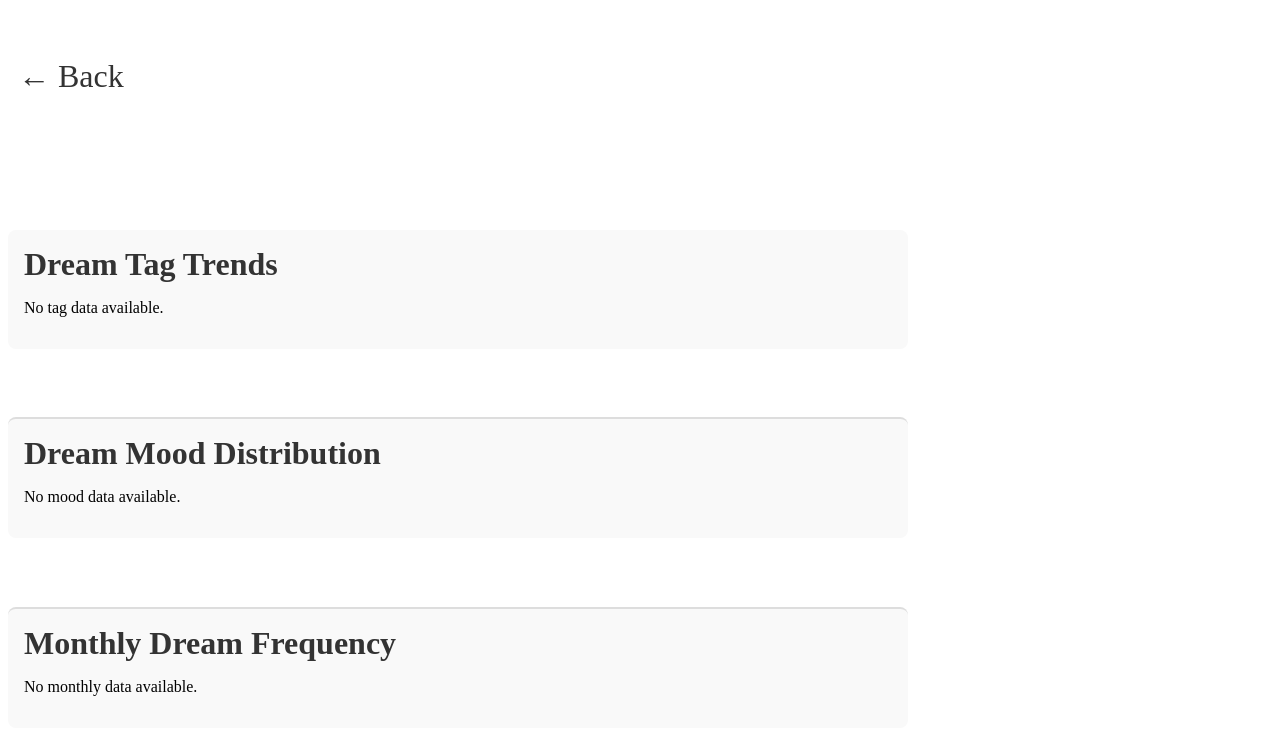
Repository: software-students-spring2025/2-web-app-blabla
Page: templates/analysis.html
An editor plug-in stored every save of this project. The page is shown before and after the next save, followed by the edit.
The browser window is 1280 px wide. The pictures show the whole page.
Some web fonts or font styles are not loaded; a fallback is used. The template is drawn by Flask 3. The application's start-up code is not run. Other server files are loaded and not shown. The template is opened directly, without the code that normally fills it, so the values that code supplies are empty.

Above is the page before, as saved 2025-03-02 15:27:38.

### templates/analysis.html
<!DOCTYPE html>
<html>
  <head>
    <title>Analysis Page</title>
    <link rel="stylesheet" href="/static/css/style.css">
    <link
      href="https://fonts.googleapis.com/css2?family=Indie+Flower&display=swap"
      rel="stylesheet"
    />
    <style>
      /* Center the container and give it a max width */
      .analysis-container {
        max-width: 900px;
        padding: 0;
      }

      /* Style the back link */
      .back-link {
        display: inline-block;
        margin-bottom: 1rem;
        text-decoration: none;
        font-size: 2rem;
        color: #333;
      }
      .back-link:hover {
        text-decoration: underline;
      }
      .trend-container {
        background: #f9f9f9;
        border-radius: 8px;
        padding: 1rem;
      }

      .trend-container + .trend-container {
        margin-top: 0;
        border-top: 2px solid #ddd;
      }

      .trend-container h2 {
        margin: 0 0 1rem;
        font-size: 2rem;
        color: #333;
      }

      .trend-container ul {
        list-style-type: none;
        padding-left: 0;
      }
      .trend-container li {
        margin-bottom: 0.5rem;
        font-size: 1.5rem;
      }
    </style>
  </head>
  <body>
    <div class="analysis-container">
      <!-- Back link -->
      <a class="back-link" href="/home">← Back</a>

      <!-- 1) Tag Trends -->
      <div class="trend-container">
        <h2>Dream Tag Trends</h2>
        {% if tag_trends %}
          <ul>
            {% for trend in tag_trends %}
              <li><strong>{{ trend._id }}:</strong> {{ trend.count }} dreams</li>
            {% endfor %}
          </ul>
        {% else %}
          <p>No tag data available.</p>
        {% endif %}
      </div>

      <!-- 2) Mood Distribution -->
      <div class="trend-container">
        <h2>Dream Mood Distribution</h2>
        {% if mood_trends %}
          <ul>
            {% for trend in mood_trends %}
              <li><strong>{{ trend._id }}:</strong> {{ trend.count }} dreams</li>
            {% endfor %}
          </ul>
        {% else %}
          <p>No mood data available.</p>
        {% endif %}
      </div>

      <!-- 3) Monthly Dream Frequency -->
      <div class="trend-container">
        <h2>Monthly Dream Frequency</h2>
        {% if month_trends %}
          <ul>
            {% for trend in month_trends %}
              <li>
                <strong>{{ trend._id.year }}-{{ trend._id.month }}:</strong>
                {{ trend.count }} dreams
              </li>
            {% endfor %}
          </ul>
        {% else %}
          <p>No monthly data available.</p>
        {% endif %}
      </div>
    </div>
  </body>
</html>

### static/css/style.css
@import url("https://fonts.googleapis.com/css2?family=Indie+Flower&display=swap");

body {
    font-family: 'Indie Flower', cursive;
    overflow-y:hidden
}

nav{
    display: flex;
    align-items: center;
    height: 100px;
    padding: 12px;
}

.home-container{
    padding:12px;
}

.search-icon{
    width: 60px;
    height: 60px;
}

.bubble-container {
    position: absolute;
    left: 50%;
    transform: translateX(-50%);
    display: flex;
    justify-content: center;
    align-items: stretch;
    width: 100vw;
    z-index: 2;
}

.bubble-img{
    height:860px;
    width: 1000px;
}

.bear-container{
    display:flex;
    flex-direction: column;
    justify-content: flex-end;
    height:90vh;
}

.dream-button{
    position:absolute;
    width:260px;
    height:198px;
    z-index: 2;
    font-size: 24pt;
    font-family: 'Indie Flower', cursive;
    top:80%;
    left: 50%;
    transform: translateX(-50%);
    fill:none;
    background-color: white;
    border: 12pt solid black;
    border-radius: 5pt;
}

.edit-container {
    display: flex;
    flex-direction: column;
    justify-content: space-between;
    width: 100vw;
    height: 100vh;
}

#tag-container{
    display:flex;
    justify-content: center;
    align-items: center;
    width:100vw;
    gap:50px;
    padding:12px;
    margin-top:80px;
}

.tag{
    width:156px;
    height:67px;
    font-size:24pt;
    background-color: transparent;
    border: 2pt solid black;
    border-radius: 5pt;

}

.back-link{
    font-size: 24pt;
    text-decoration: none;
    padding:50px 10px;
    color:black;
    display: block;
    text-align: left;
}

.input-container{
    display:flex;
    justify-content:center;
    margin-top: 40px;
}

#dream-description {
    width: 80%;
    max-width: 624px;
    height: 400px;
    padding: 10px;
    font-size: 18px;
    box-sizing: border-box;
    border: 2px solid black;
}

.button-container{
    display:flex;
    justify-content:center;
    gap:15px;
    margin-top:40px;
}

.edit-button{
    width: 156px;
    height:67px;
    font-size:24pt;
    background-color: transparent;
    border: 2px solid black;
    border-radius: 5px
}

.bear{
    display:flex;
    flex-direction: column;
    justify-content: flex-end;
    height:auto;
}

.analysis-container {
    display: flex;
    flex-direction: column;
    justify-content: space-between;
    width: 100vw;
    height: 100vh;
}

#dream-search{
    width:624px;
    height: 42px;
    font-size:24pt;
}

.login-container {
    display: flex;
    flex-direction: column;
    justify-content: center;
    align-items: center;
    width: 100vw;
    height: 100vh;
}

.input-container {
    display: flex;
    flex-direction: column;
    align-items: flex-start;
    margin-bottom: 15px;
}

.input-container label {
    font-size: 18px;
    margin-bottom: 5px;
}

.input-container input {
    width: 260px;
    height: 30px;
    font-size: 16px;
    border: 1px solid black;
    padding: 5px;
}

.button-container {
    margin-top: 20px;
}

.login-button {
    width: 260px;
    height: 40px;
    font-size: 18px;
    background-color: #D9D9D9;
    border: 2px solid black;
    border-radius: 5px;
    cursor: pointer;
}

.signup-text {
    font-size: 14px;
    margin-top: 15px;
}

.signup-link {
    font-size: 18px;
    font-weight: bold;
    text-decoration: none;
    color: black;
}

.login-image {
    width: 125px;
    height: 125px;
}

.signup-container {
    display: flex;
    flex-direction: column;
    justify-content: center;
    align-items: center;
    width: 100vw;
    height: 100vh;
}

.signup-button {
    width: 260px;
    height: 40px;
    font-size: 18px;
    background-color: #D9D9D9;
    border: 2px solid black;
    border-radius: 5px;
    cursor: pointer;
}

.signup-image {
    width: 125px;
    height: 125px;
}

.adddream-container {
    display: flex;
    flex-direction: column;
    justify-content: flex-start;
    align-items: center;
    width: 100vw;
    height: 100vh;
    padding: 20px;
}

.bear-header {
    margin-top: 60px;
    margin-bottom: 20px;
}
.bear-image {
    width: 150px;
    height: auto;
}

.date-container {
    margin-bottom: 20px;
    text-align: left;
    width: 80%;
    max-width: 624px;
}
.date-label {
    display: block;
    font-size: 16px;
    margin-bottom: 8px;
}
.date-inputs {
    display: flex;
    gap: 10px;
}
.date-inputs input {
    width: 90px;
    border: 1px solid black;
    padding: 5px;
    font-size: 16px;
    text-align: center;
}

.tags-container {
    margin-bottom: 20px;
    width: 80%;
    max-width: 624px;
}
.tags-container p {
    font-size: 16px;
    margin-bottom: 10px;
}
.tag {
    background-color: transparent;
    border: 2px solid black;
    border-radius: 5px;
    font-size: 18px;
    margin: 5px;
    padding: 5px 10px;
    cursor: pointer;
}

.description-container {
    width: 80%;
    max-width: 624px;
    margin-bottom: 20px;
}
.description-container label {
    display: block;
    font-size: 16px;
    margin-bottom: 8px;
}
#dream-description {
    width: 100%;
    height: 150px;
    border: 2px solid black;
    font-size: 16px;
    padding: 10px;
    box-sizing: border-box;
}

.save-dream-button {
    width: 220px;
    height: 40px;
    font-size: 18px;
    background-color: #D9D9D9;
    border: 2px solid black;
    border-radius: 5px;
    cursor: pointer;
}

.flash-message {
    font-weight: bold;
    margin: 10px 0;
  }

  .flash-message.error {
    color: red;
  }

  .flash-message.success {
    color: green;
  }
  /* Star Cloud Container */
  #star-container {
    position: absolute;
    top: 0;
    left: 0;
    width: 100%;
    height: 500px; /* 根据需要调整高度 */
    background: transparent;
    z-index: 3; /* 确保高于背景但低于其他关键元素 */
  }


  /* Star Button Style */
  .star {
    width: 50px;
    height: 50px;
    background: url("/static/images/star.svg") no-repeat center;
    background-size: contain;
    position: absolute;
    cursor: pointer;
  }

  /* Tooltip on hover for star button */
  .star:hover::after {
    content: attr(title);
    position: absolute;
    bottom: -25px;
    left: 0;
    background: rgba(255, 255, 255, 0.8);
    color: #000;
    padding: 3px 5px;
    border-radius: 3px;
    white-space: nowrap;
    z-index: 999;
  }

#search-box{
    width:300px;
    height:50px;
    font-size: 16pt;
    padding-left: 20px;
    display: none;
}

.analysis-button {
    font-family: 'Indie Flower', cursive;
    padding: 10px 20px;
    font-size: 24px;
    border: none;
    border-radius: 5px;
    cursor: pointer;
  }

.center-button-container {
    position: absolute;
    left: 50%;
    transform: translate(-50%, -50%);
}

After the next save:
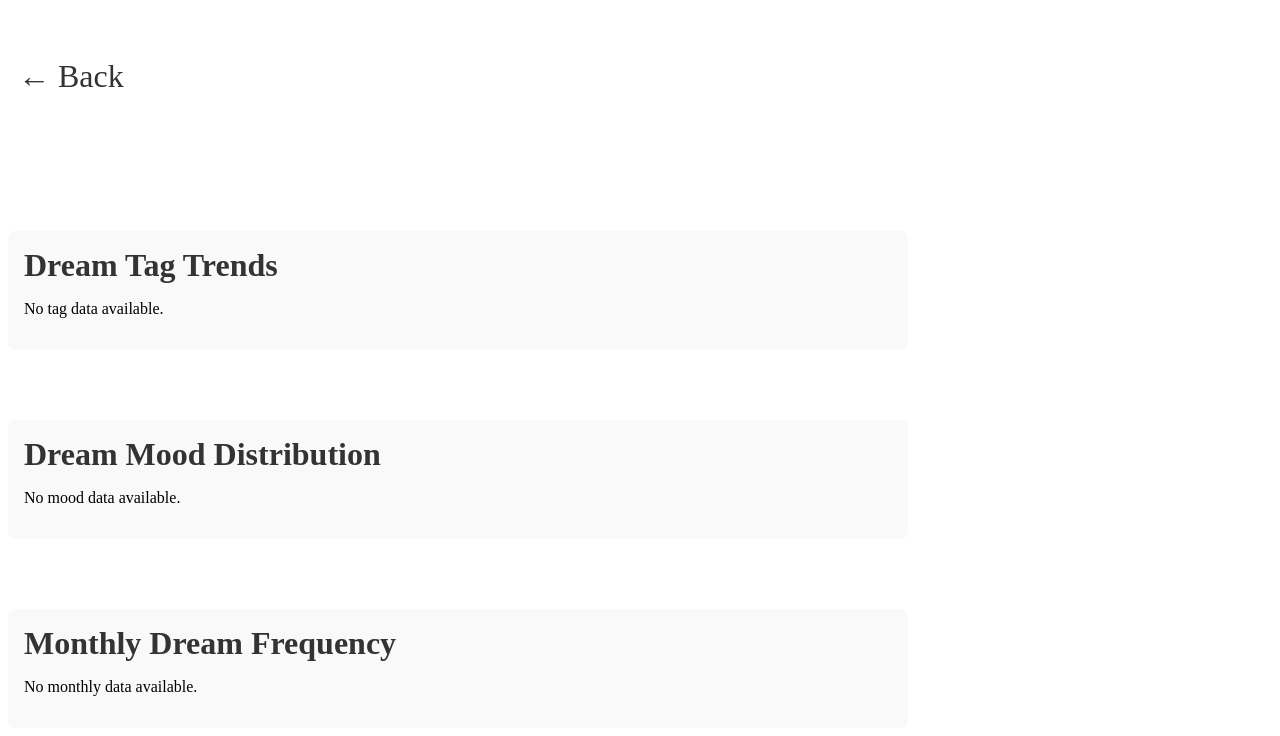
Saved 10 min 46 s later.
--- a/templates/analysis.html
+++ b/templates/analysis.html
@@ -33,7 +33,7 @@
 
       .trend-container + .trend-container {
         margin-top: 0;
-        border-top: 2px solid #ddd;
+        border-top: 0px solid #ddd;
       }
 
       .trend-container h2 {
